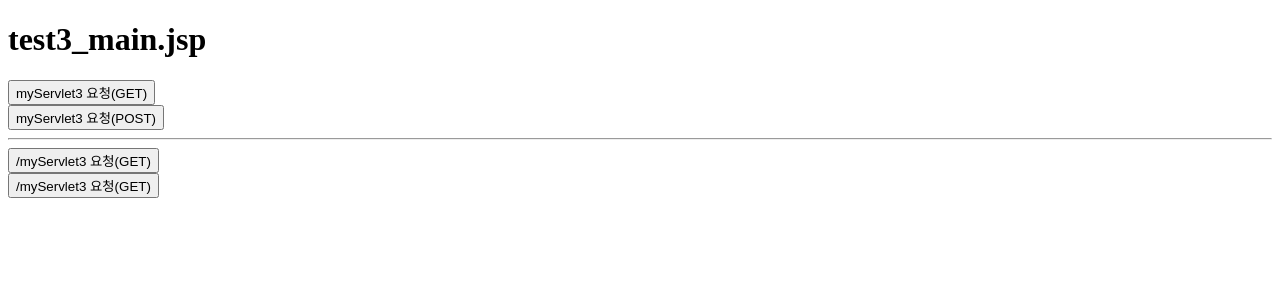
Repository: junesse-afk/ITJSP
Page: http://localhost/StudyJSP/jsp09_servlet/test3_main.jsp
The author's editor kept a copy of each file at every save. The page is drawn from the files as they stood at one save, then again after the next save.
The browser window is 1280 px wide. The pictures show the whole page.
The page is served by Tomcat 10. Other server files are loaded and not shown.

Above is the page before, as saved 2024-11-26 07:22:19.

### workspace_jsp/StudyJSP/src/main/webapp/jsp09_servlet/test3_main.jsp
<%@ page language="java" contentType="text/html; charset=UTF-8"
    pageEncoding="UTF-8"%>
<!DOCTYPE html>
<html>
<head>
<meta charset="UTF-8">
<title>Insert title here</title>
</head>
<body>

	<h1>test3_main.jsp</h1>
	<form action="myServlet3" method="get">
		<input type="hidden" name="id" value="admin">
		<input type="hidden" name="name" value="홍길동">
		<input type="submit" value="myServlet3 요청(GET)">
	</form>
	<form action="myServlet3" method="post">
		<input type="hidden" name="id" value="admin">
		<input type="hidden" name="name" value="홍길동">
		<input type="submit" value="myServlet3 요청(POST)">
	</form>
	<hr>

	<%-- 요청 주소 앞에 /가 붙을 경우 루트(/)를 의미하게 되므로 --%>
	<%-- 현재 요청 주소의 최상위 경로에서 myServlet3 서블릿을 요청하게 된다! --%>
	<form action="/myServlet3" method="get">
		<input type="submit" value="/myServlet3 요청(GET)">
	</form>

	<form action="/StudyJSP/myServlet3" method="get">
		<input type="submit" value="/myServlet3 요청(GET)">
	</form>







</body>
</html>

After the next save:
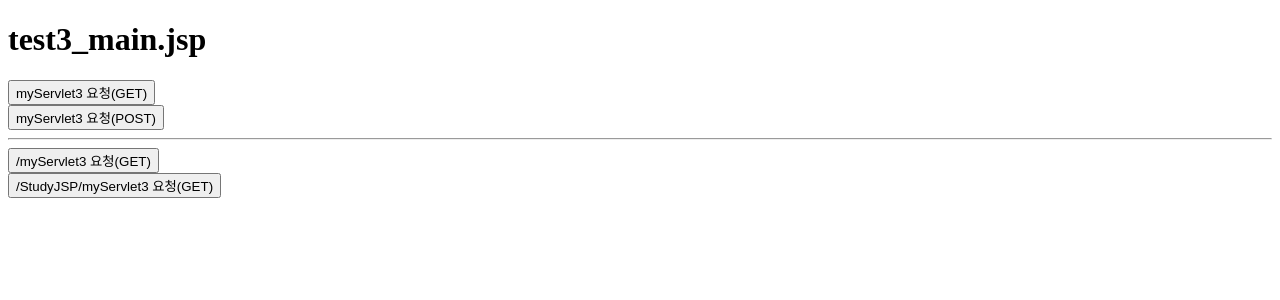
Saved 6 s later.
--- a/workspace_jsp/StudyJSP/src/main/webapp/jsp09_servlet/test3_main.jsp
+++ b/workspace_jsp/StudyJSP/src/main/webapp/jsp09_servlet/test3_main.jsp
@@ -28,7 +28,7 @@
 	</form>
 
 	<form action="/StudyJSP/myServlet3" method="get">
-		<input type="submit" value="/myServlet3 요청(GET)">
+		<input type="submit" value="/StudyJSP/myServlet3 요청(GET)">
 	</form>
 
 
